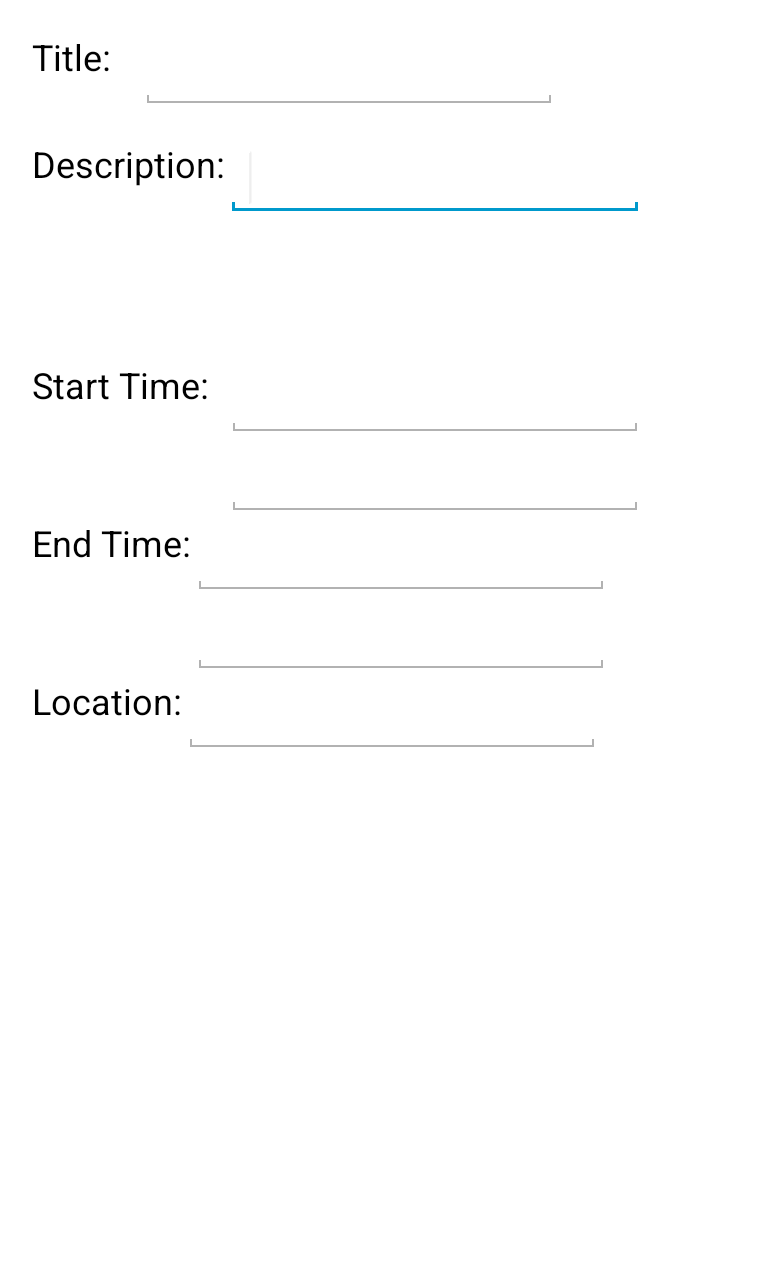
Repository: faisal22/MuslimEvents
Layout: MuslimEvents/res/layout/activity_add_event.xml
These files come from the project's save history. The layout is drawn as it stood at one moment and after the next save; the edit follows.
It is drawn on a 768 x 1280 px phone screen (xhdpi) without system bars, with theme AppTheme; the app's code is not run.

Above is the layout before, as saved 2014-01-19 19:33:03.

After the next save:
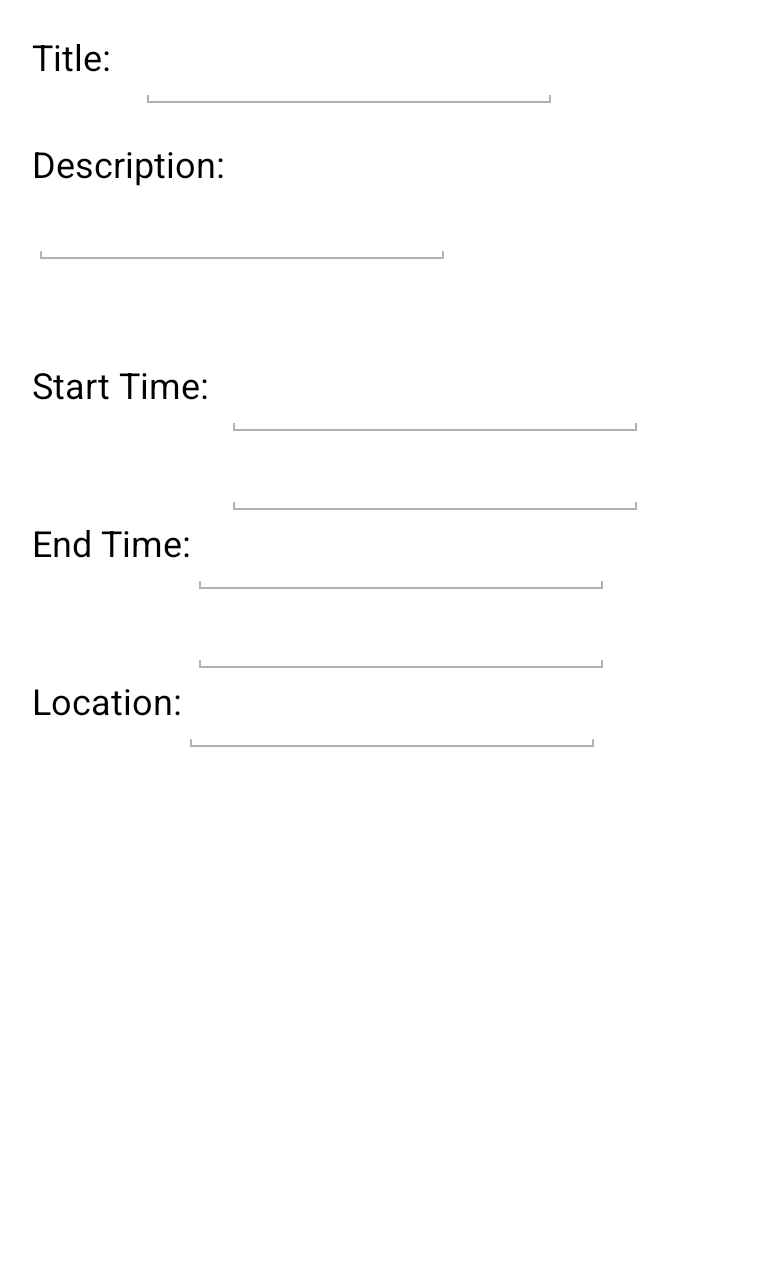
Saved 10 min 28 s later.
--- a/MuslimEvents/res/layout/activity_add_event.xml
+++ b/MuslimEvents/res/layout/activity_add_event.xml
@@ -38,10 +38,10 @@
         android:textAppearance="?android:attr/textAppearanceMedium" />
 
     <EditText
-        android:id="@+id/editText4"
+        android:id="@+id/startDateInput"
         android:layout_width="wrap_content"
         android:layout_height="wrap_content"
-        android:layout_below="@+id/editText3"
+        android:layout_below="@+id/startTimeInput"
         android:layout_toRightOf="@+id/textView2"
         android:ems="10"
         android:inputType="date" />
@@ -51,12 +51,12 @@
         android:layout_width="wrap_content"
         android:layout_height="wrap_content"
         android:layout_alignLeft="@+id/title"
-        android:layout_below="@+id/editText4"
+        android:layout_below="@+id/startDateInput"
         android:text="@string/end_time"
         android:textAppearance="?android:attr/textAppearanceMedium" />
 
     <EditText
-        android:id="@+id/editText5"
+        android:id="@+id/endTimeInput"
         android:layout_width="wrap_content"
         android:layout_height="wrap_content"
         android:layout_alignTop="@+id/theDescription"
@@ -65,34 +65,34 @@
         android:inputType="time" />
 
     <EditText
-        android:id="@+id/editText6"
+        android:id="@+id/endDateInput"
         android:layout_width="wrap_content"
         android:layout_height="wrap_content"
-        android:layout_alignLeft="@+id/editText5"
-        android:layout_below="@+id/editText5"
+        android:layout_alignLeft="@+id/endTimeInput"
+        android:layout_below="@+id/endTimeInput"
         android:ems="10"
         android:inputType="date" />
 
     <TextView
-        android:id="@+id/theStartTime"
+        android:id="@+id/textView5"
         android:layout_width="wrap_content"
         android:layout_height="wrap_content"
         android:layout_alignLeft="@+id/theDescription"
-        android:layout_below="@+id/editText6"
+        android:layout_below="@+id/endDateInput"
         android:text="@string/location"
         android:textAppearance="?android:attr/textAppearanceMedium" />
 
     <EditText
-        android:id="@+id/editText7"
+        android:id="@+id/locationInput"
         android:layout_width="wrap_content"
         android:layout_height="wrap_content"
-        android:layout_alignTop="@+id/theStartTime"
-        android:layout_toRightOf="@+id/theStartTime"
+        android:layout_alignTop="@+id/textView5"
+        android:layout_toRightOf="@+id/textView5"
         android:ems="10"
         android:inputType="textPostalAddress" />
 
     <EditText
-        android:id="@+id/editText1"
+        android:id="@+id/titleInput"
         android:layout_width="wrap_content"
         android:layout_height="wrap_content"
         android:layout_alignTop="@+id/textView1"
@@ -101,24 +101,21 @@
         android:ems="10" />
 
     <EditText
-        android:id="@+id/editText2"
+        android:id="@+id/startTimeInput"
         android:layout_width="wrap_content"
         android:layout_height="wrap_content"
-        android:layout_alignLeft="@+id/editText4"
-        android:layout_alignTop="@+id/textView2"
-        android:ems="10"
-        android:inputType="textMultiLine" >
-
-        <requestFocus />
-    </EditText>
-
-    <EditText
-        android:id="@+id/editText3"
-        android:layout_width="wrap_content"
-        android:layout_height="wrap_content"
-        android:layout_alignLeft="@+id/editText4"
+        android:layout_alignLeft="@+id/startDateInput"
         android:layout_alignTop="@+id/title"
         android:ems="10"
         android:inputType="time" />
 
+    <EditText
+        android:id="@+id/descriptionInput"
+        android:layout_width="wrap_content"
+        android:layout_height="wrap_content"
+        android:layout_alignLeft="@+id/textView2"
+        android:layout_below="@+id/textView2"
+        android:ems="10"
+        android:inputType="textMultiLine" />
+
 </RelativeLayout>
